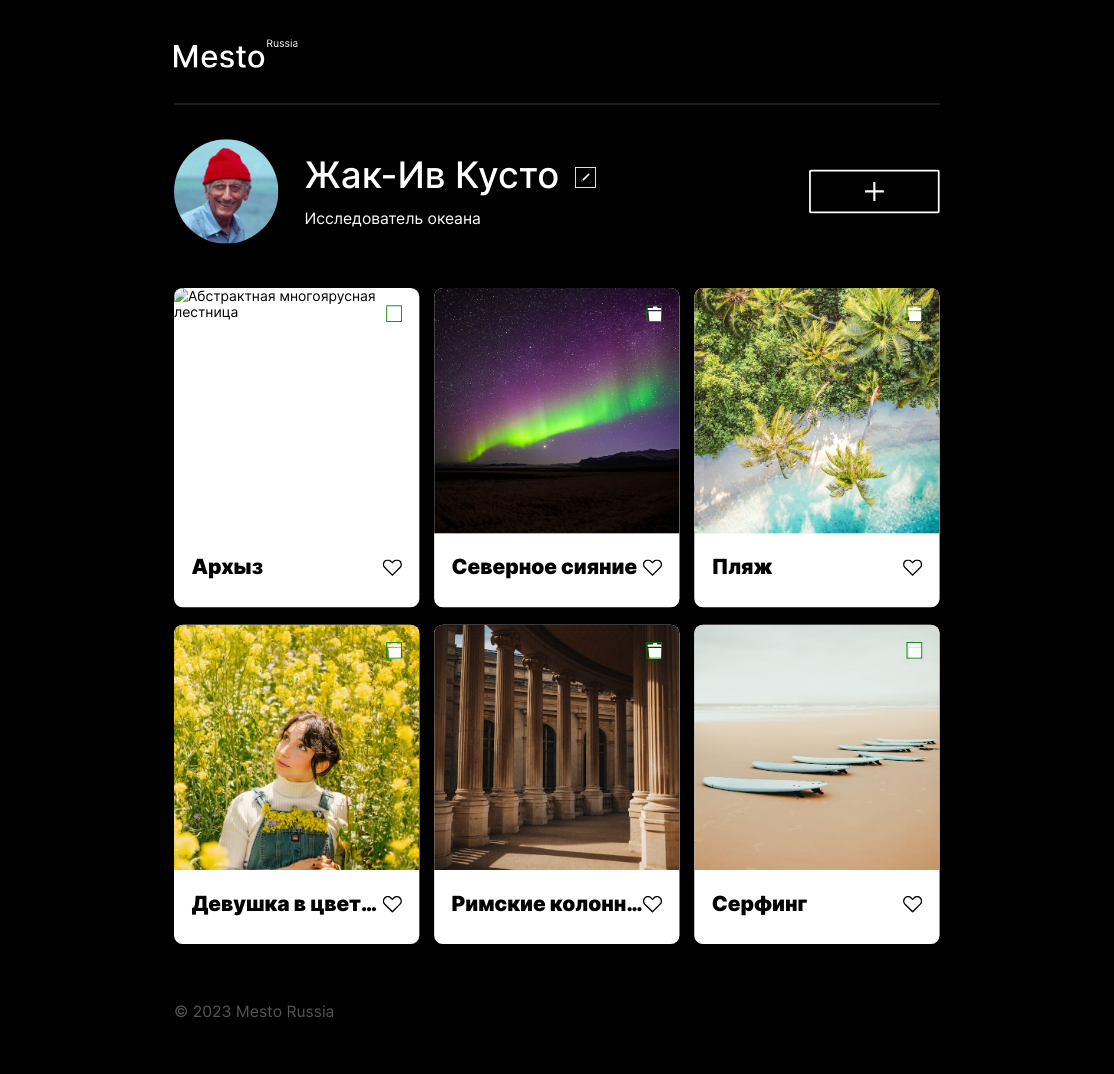
Repository: Dmitry-Rusinov/mesto
Page: index.html
An editor plug-in stored every save of this project. The page is shown before and after the next save, followed by the edit.
The browser window is 1280 px wide. The pictures show the whole page, at 87% of full size.

Above is the page before, as saved 2023-05-12 14:59:35.

After the next save:
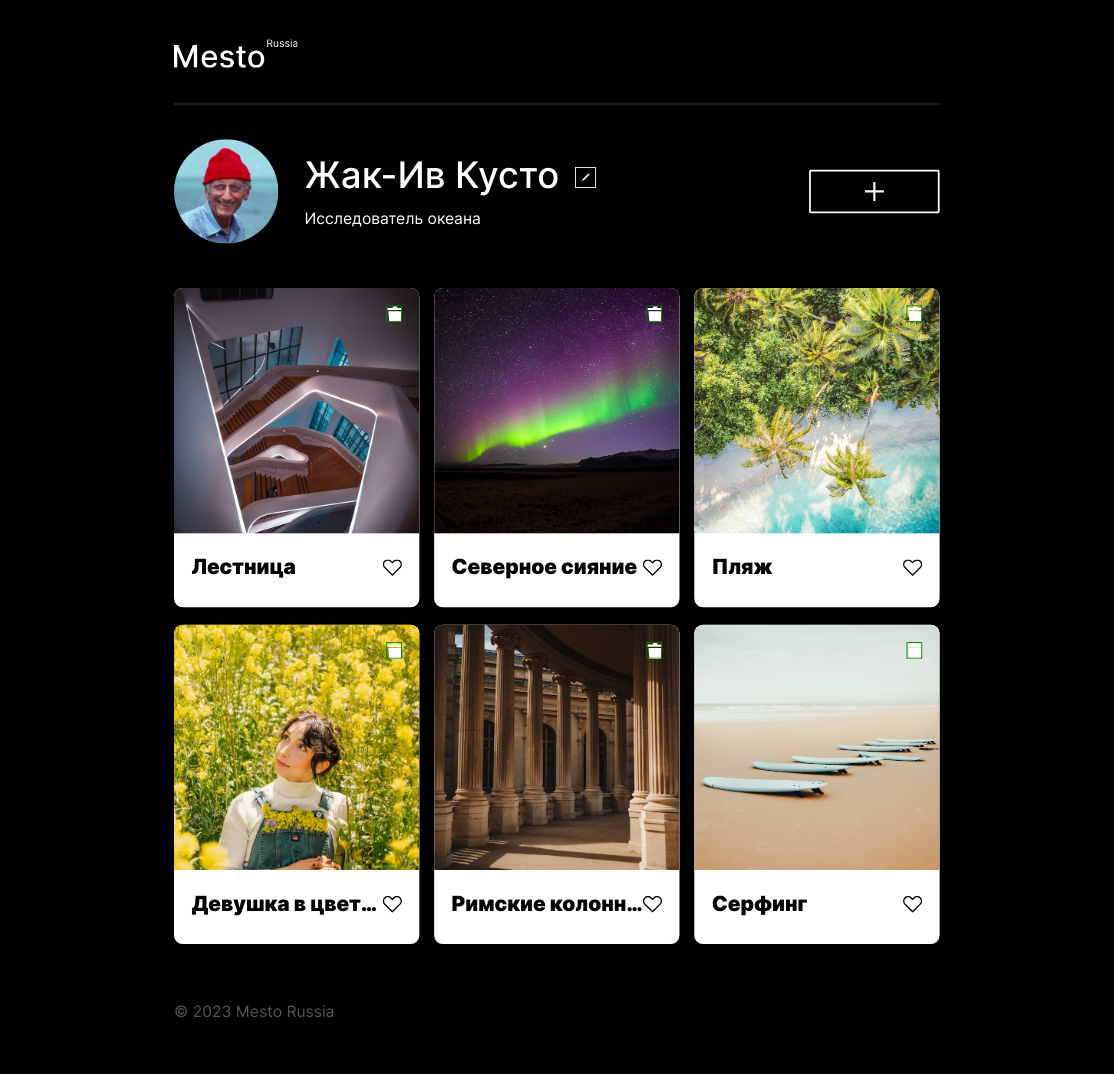
Console error: TypeError: document.querySelectorAll(...).cloneNode is not a function
Saved 22 s later.
--- a/scripts/index.js
+++ b/scripts/index.js
@@ -74,7 +74,7 @@
 
 function createCard({name, link}) {
   //const changedElements = elementsCard.querySelector('.elements__card-content').cloneNode(true);
-  const changedElements = document.querySelector('.elements__card').cloneNode(true);
+  const changedElements = document.querySelectorAll('.elements__card').cloneNode(true);
   changedElements.querySelector('.elements__title').textContent = name;
   changedElements.querySelector('.elements__picture').src = link;
   elementsCard.replaceWith(changedElements);

After the 3 saves that followed:
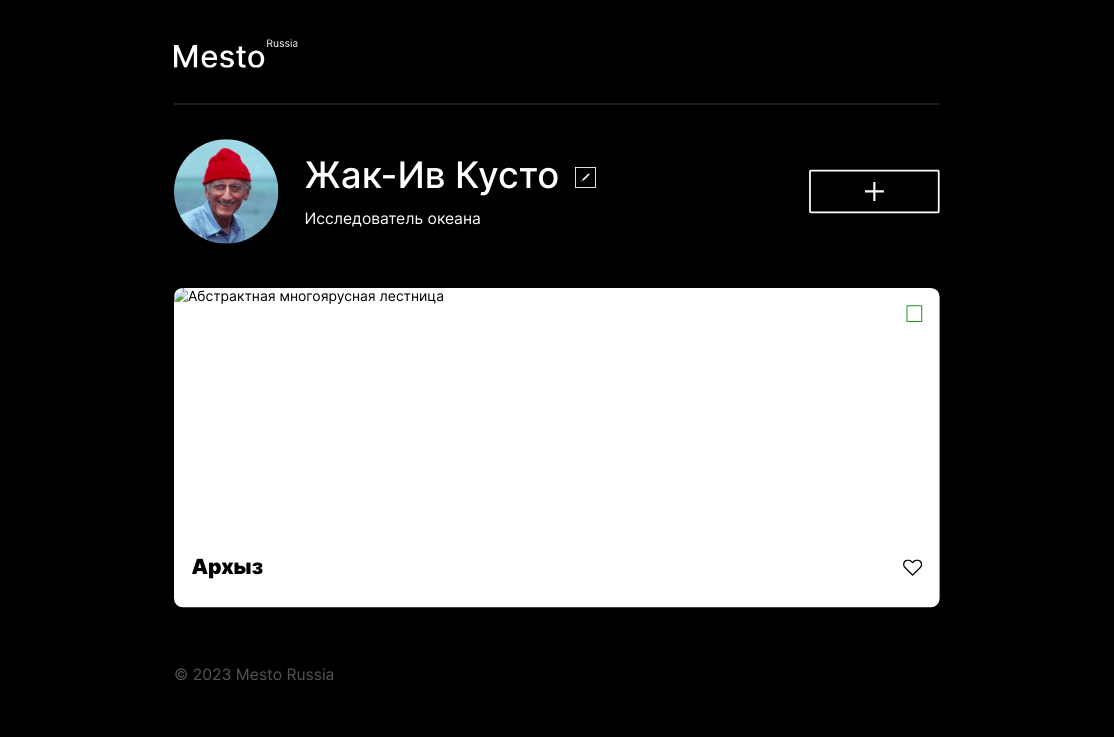
The error is gone.
The 3 saves are shown as one change because 2 left the picture as it was.
The last was saved 2 min 54 s later.
--- a/scripts/index.js
+++ b/scripts/index.js
@@ -74,7 +74,7 @@
 
 function createCard({name, link}) {
   //const changedElements = elementsCard.querySelector('.elements__card-content').cloneNode(true);
-  const changedElements = document.querySelectorAll('.elements__card').cloneNode(true);
+  const changedElements = elementsCard.querySelector('.elements__card-content').cloneNode(true);
   changedElements.querySelector('.elements__title').textContent = name;
   changedElements.querySelector('.elements__picture').src = link;
   elementsCard.replaceWith(changedElements);
